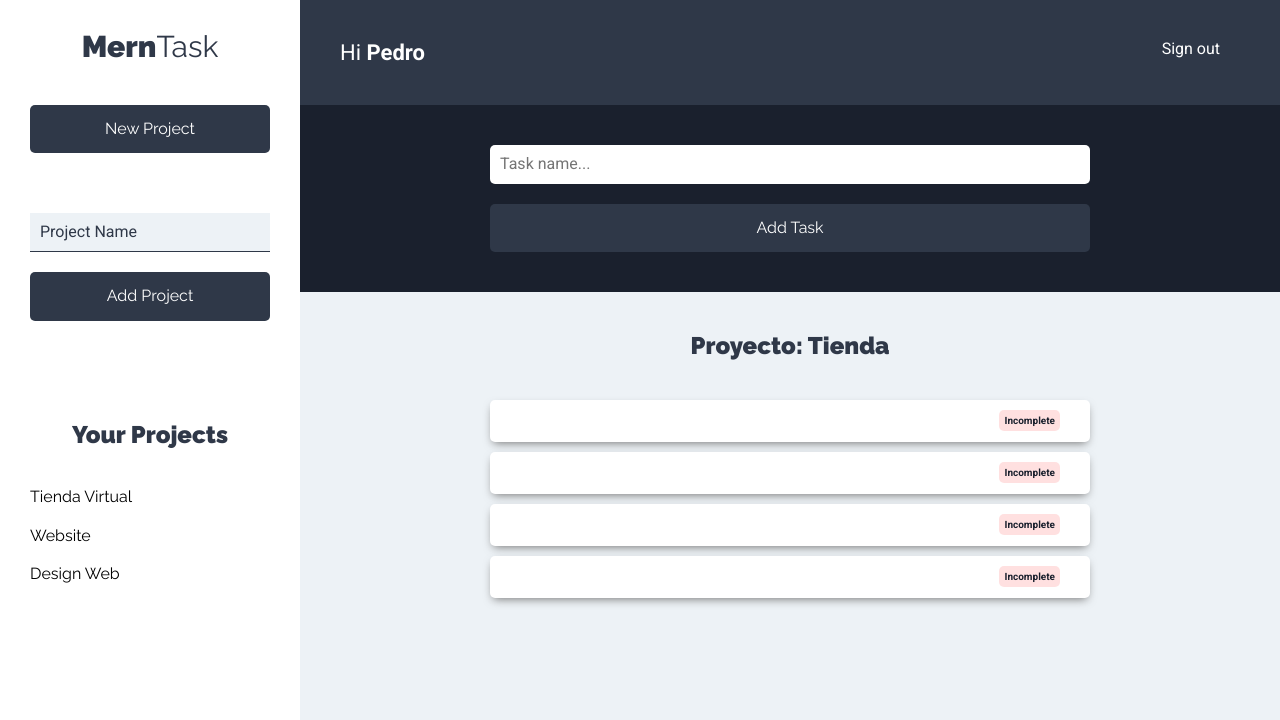
Repository: ppfeliuu/MERN-Task-Client
Page: /projects, after clicking the first element matching `button.btn-blank`
An editor plug-in stored every save of this project. The page is shown before and after the next save, followed by the edit.
The browser window is 1280 px wide. The pictures show the whole page.
The project was rebuilt for these pictures with package versions that can differ from the ones it lists, and the page was loaded fresh each time. Also part of the build but not shown: src/components/auth/Login.js, src/components/auth/NewAccount.js.

Above is the page before, as saved 2020-02-16 12:41:19.

### src/App.js
import React from 'react';
import { BrowserRouter as Router, Switch, Route } from 'react-router-dom';
import Login from './components/auth/Login';
import NewAccount from './components/auth/NewAccount';
import Projects from './components/projects/Projects';

function App() {
  return (
    <Router>
      <Switch>
        <Route exact path="/" component={Login} />
        <Route exact path="/new-account" component={NewAccount} />
        <Route exact path="/projects" component={Projects} />
      </Switch>
    </Router>
  );
}

export default App;

### src/components/projects/Projects.js
import React from "react";
import Sidebar from "../layout/Sidebar";
import Bar from "../layout/Bar";
import FormTask from "../task/FormTask";
import ListTasks from "../task/ListTasks";

const Projects = () => {
  return (
    <div className="contenedor-app">
      <Sidebar />

      <div className="seccion-principal">
        <Bar />
        <main>
          <FormTask />
          <div className="contenedor-tareas">
            <ListTasks />
          </div>
        </main>
      </div>
    </div>
  );
};

export default Projects;

### src/components/layout/Sidebar.js
import React from 'react';
import NewProject from '../projects/NewProject';
import ListProjects from '../projects/ListProjects';

const Sidebar = () => {
    return (
        <aside>
            <h1>Mern<span>Task</span></h1>
            <NewProject />

            <div className="proyectos">
                <h2>Your Projects</h2>

                <ListProjects />
            </div>
        </aside>
    )
}

export default Sidebar

### src/components/layout/Bar.js
import React from 'react'

const Bar = () => {
    return (
        <div>
          <header className="app-header">
              <p className="nombre-usuario">Hi <span>Pedro</span></p>

              <nav className="nav-principal">
                  <a href="#!">Sign out</a>
              </nav>
              </header>
        </div>
    )
}

export default Bar

### src/components/task/FormTask.js
import React from 'react'

const FormTask = () => {
    return (
        <div className="formulario">
            <form>
                <div className="contenedor-input">
                    <input type="text"
                    className="input-text"
                    placeholder="Task name..."
                    name="nameTask"
                    />
                </div>

                <div className="contenedor-input">
                    <input type="submit"
                    className="btn btn-primario btn-submit btn-block"
                    value="Add Task"
                    />
                </div>
            </form>
        </div>
    )
}

export default FormTask

### src/components/task/ListTasks.js
import React from "react";
import Task from "./Task";

const ListTasks = () => {
  const task = [
    {
      name: "Elegir Plataforma",
      estado: true
    },
    {
      name: "Elegir Colores",
      estado: false
    },
    {
      name: "Elegir forma de pago",
      estado: false
    },
    {
      name: "Elegir Hosting",
      estado: true
    }
  ];

  return (
    <>
      <h2>Proyecto: Tienda</h2>

      <ul className="listado-tareas">
        {task.length === 0 ? (
          <li className="tarea">
            <p>No Tasks</p>
          </li>
        ) : (
          task.map(t => <Task task={task} />)
        )}
      </ul>
    </>
  );
};

export default ListTasks;

### src/components/projects/NewProject.js
import React, { Fragment, useState } from 'react'

const NewProject = () => {

    // State for project
    const [project, setProject] = useState({
        name: ''
    });

    const { name } = project;

    const onChangeProject = e => {
        setProject({
            ...project,
            [e.target.name] : e.target.value
        })
    }

    const onSubmitProject = e => {
        e.preventDefault();

        //valid project

        // add state

        //reset form
    }

    return (
        <Fragment>
            <button type="button" className="btn btn-block btn-primario">New Project</button>

            <form className="formulario-nuevo-proyecto">
                <input type="text" className="input-text" placeholder="Project Name" name="name" value={name} onChange={onChangeProject} />
                <input type="submit" className="btn btn-block btn-primario" value="Add Project" onSubmit={onSubmitProject}/>
            </form>
        </Fragment>
    )
}

export default NewProject

### src/components/projects/ListProjects.js
import React from 'react'
import Project from './Project'

const ListProjects = () => {

    const projects = [
        {name: 'Tienda Virtual'},
        {name: 'Website'},
        {name: 'Design Web'},
    ]
    return (
        <ul className="listado-proyectos">
            {projects.map(project => (
                <Project project={project} />
            ))}
        </ul>
    )
}

export default ListProjects

### src/components/task/Task.js
import React from "react";

const Task = ({ task }) => {
  return (
    <li className="tarea sombra">
      <p>{task.name}</p>

      <div className="estado">
        {task.estado ? (
          <button type="button" className="completo">
            Complete
          </button>
        ) : (
            <button type="button" className="incompleto">
            Incomplete
          </button>
        )}
      </div>
    </li>
  );
};

export default Task;

### src/components/projects/Project.js
import React from 'react'

const Project = ({project}) => {
    return (
        <li>
            <button type="button" className="btn btn-blank">
                {project.name}
            </button>
        </li>
    )
}

export default Project

Loaded but not shown: public/index.html (common file); src/index.js (common file); src/index.css (common file); src/serviceWorker.js (common file)

After the next save:
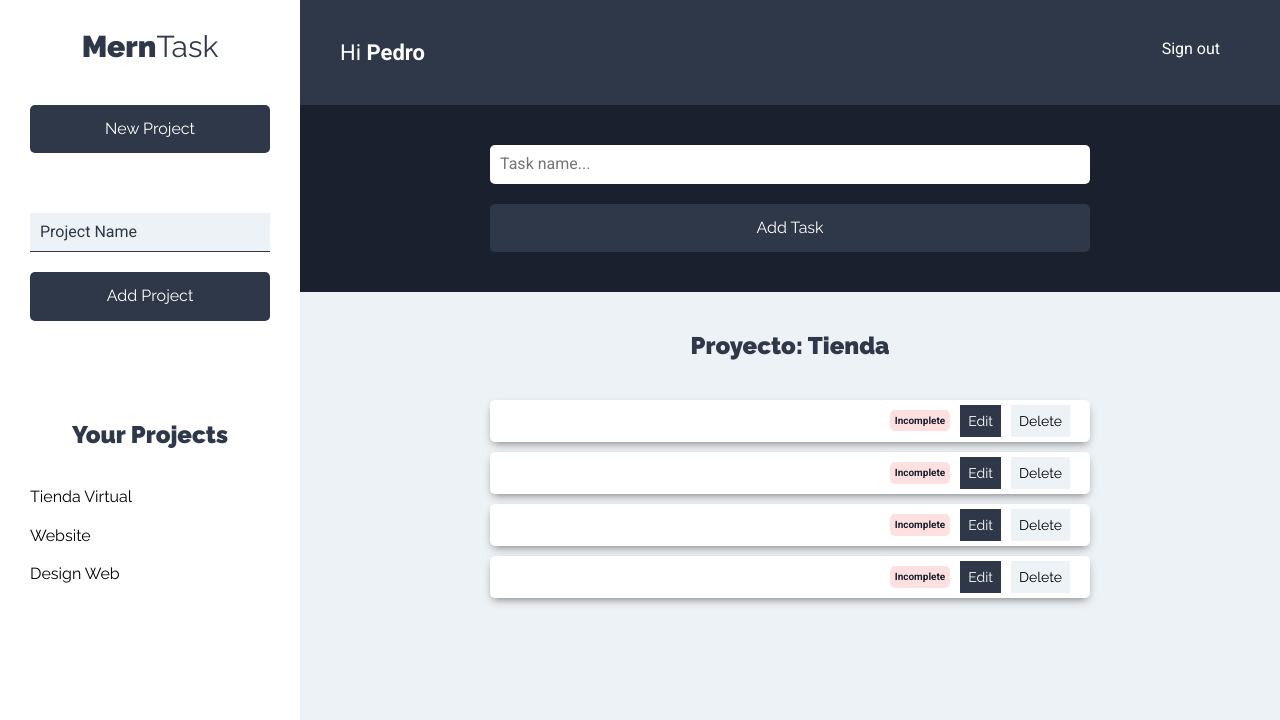
Saved 78 s later.
--- a/src/components/task/Task.js
+++ b/src/components/task/Task.js
@@ -16,6 +16,11 @@ const Task = ({ task }) => {
           </button>
         )}
       </div>
+
+      <div className="acciones">
+          <button type="button" className="btn btn-primario">Edit</button>
+          <button type="button" className="btn btn-secundario">Delete</button>
+      </div>
     </li>
   );
 };
